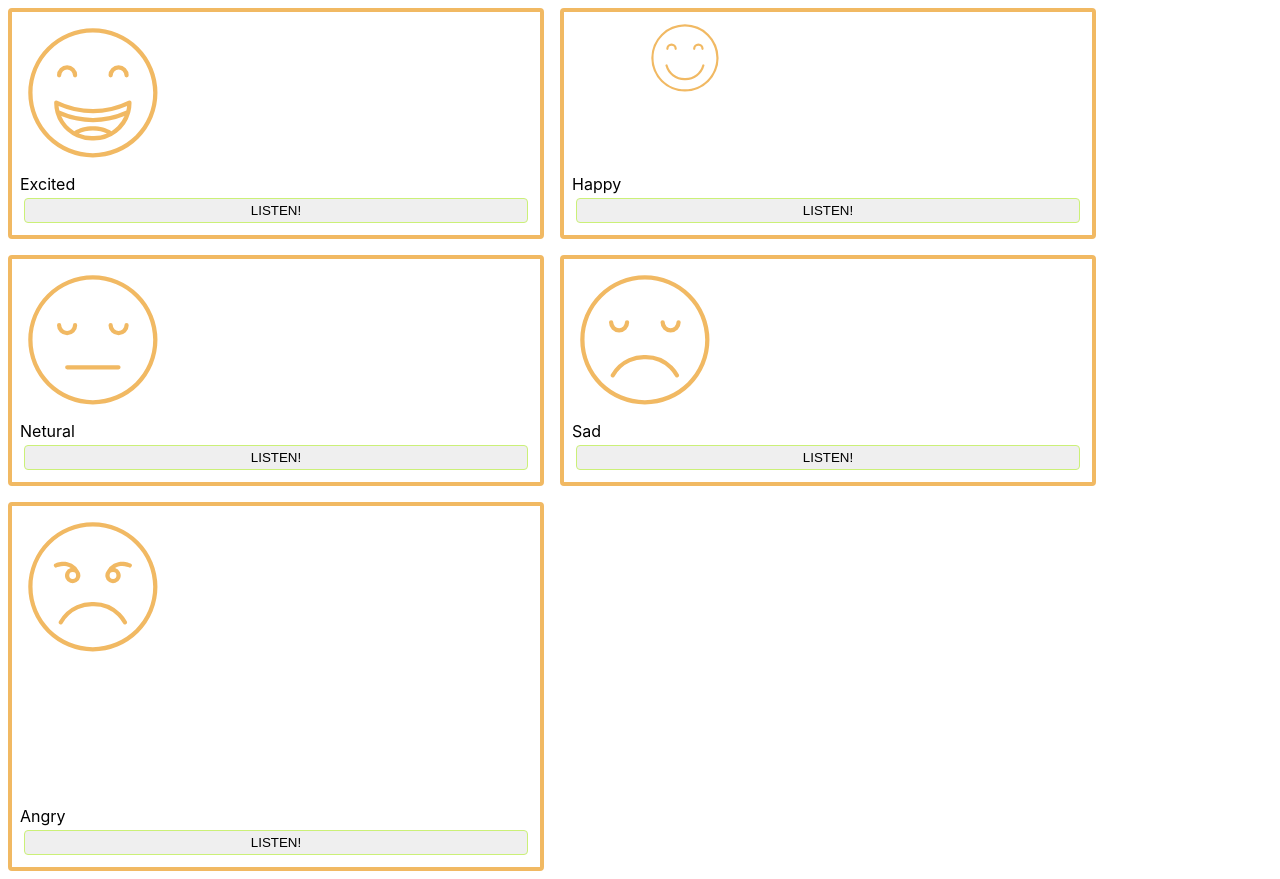
Repository: majakesin/moodify-app
Page: /
The author's editor kept a copy of each file at every save. The page is drawn from the files as they stood at one save, then again after the next save.
The browser window is 1280 px wide. The pictures show the whole page.
The project was rebuilt for these pictures with package versions that can differ from the ones it lists, and the page was loaded fresh each time.

Above is the page before, as saved 2023-08-21 12:59:05.

### public/index.html
<!DOCTYPE html>
<html lang="en">
  <head>
    <meta charset="utf-8" />
    <link rel="icon" href="%PUBLIC_URL%/logo.svg" />
    <meta name="viewport" content="width=device-width, initial-scale=1" />
    <meta name="theme-color" content="#000000" />
    <meta
      name="description"
      content="Moodify -- App that gives yours ears the best music based on your mood"
    />
    <link rel="apple-touch-icon" href="%PUBLIC_URL%/logo.svg" />
    <!--
      manifest.json provides metadata used when your web app is installed on a
      user's mobile device or desktop. See https://developers.google.com/web/fundamentals/web-app-manifest/
    -->
    <link rel="manifest" href="%PUBLIC_URL%/manifest.json" />
    <!--
      Notice the use of %PUBLIC_URL% in the tags above.
      It will be replaced with the URL of the `public` folder during the build.
      Only files inside the `public` folder can be referenced from the HTML.

      Unlike "/favicon.ico" or "favicon.ico", "%PUBLIC_URL%/favicon.ico" will
      work correctly both with client-side routing and a non-root public URL.
      Learn how to configure a non-root public URL by running `npm run build`.
    -->
    <title>Moodify</title>
  </head>
  <body>
    <noscript>You need to enable JavaScript to run this app.</noscript>
    <div id="root"></div>
    <!--
      This HTML file is a template.
      If you open it directly in the browser, you will see an empty page.

      You can add webfonts, meta tags, or analytics to this file.
      The build step will place the bundled scripts into the <body> tag.

      To begin the development, run `npm start` or `yarn start`.
      To create a production bundle, use `npm run build` or `yarn build`.
    -->
  </body>
</html>

### src/App.js
import "./App.css";
import ChooseMood from "./pages/ChooseMood";

function App() {
  return (
    <div className="App">
      <ChooseMood />
    </div>
  );
}

export default App;

### src/App.css

button {
  border: 1px solid var(--first-color);
  border-radius: 4px;
  padding: 4px;
  margin: 4px;
}

### src/pages/ChooseMood/index.jsx
import { moods } from 'src/data/moods'
import Mood from 'src/components/Mood';

import styles from './index.module.css';

const ChooseMood = () => {

    return (
        <div>
            <div className={styles['mood-list']}>
                {moods.map(({ type, icon }) => {
                    return (<Mood type={type} icon={icon} />)
                })}
            </div>
        </div>
    )

};

export default ChooseMood;

### src/data/moods.js
export const moods = [
    {
        type: 'Excited',
        icon: <svg id="SvgjsSvg1081" xmlns="http://www.w3.org/2000/svg" version="1.1" xmlnsXlink="http://www.w3.org/1999/xlink" xmlnsSvgjs="http://svgjs.com/svgjs">
                <defs id="SvgjsDefs1082"></defs>
                <g id="SvgjsG1083">
                    <svg   preserveAspectRatio="xMidYMid meet" xmlns="http://www.w3.org/2000/svg" data-name="Layer 1" viewBox="0 0 1012 1012" width="288" height="288">
                        <path fill="currentcolor" d="M416.51318,95.48682A226.99992,226.99992,0,1,0,95.48682,416.51318,226.99992,226.99992,0,1,0,416.51318,95.48682ZM256,468C139.103,468,44,372.897,44,256S139.103,44,256,44s212,95.103,212,212S372.897,468,256,468ZM137.5,202a7.50006,7.50006,0,0,0,7.5-7.5,20.5,20.5,0,0,1,41,0,7.5,7.5,0,0,0,15,0,35.5,35.5,0,0,0-71,0A7.50006,7.50006,0,0,0,137.5,202Zm181,0a7.50006,7.50006,0,0,0,7.5-7.5,20.5,20.5,0,0,1,41,0,7.5,7.5,0,0,0,15,0,35.5,35.5,0,0,0-71,0A7.50006,7.50006,0,0,0,318.5,202Zm69.95947,82.13037a7.49875,7.49875,0,0,0-7.27832-.356A284.51645,284.51645,0,0,1,257.5,313h-1.48a284.55042,284.55042,0,0,1-125.2002-29.2251A7.4999,7.4999,0,0,0,120,290.5a132.31839,132.31839,0,0,0,79.15625,121.32324A131.47888,131.47888,0,0,0,252.5,423h7a132.5854,132.5854,0,0,0,127.794-97.37988A133.06894,133.06894,0,0,0,392,290.5,7.5003,7.5003,0,0,0,388.45947,284.13037ZM259.5,408h-7a116.58888,116.58888,0,0,1-46.02222-9.36157C219.72205,391.8783,237.33752,388,256.002,388c18.66236,0,36.27466,3.87708,49.51734,10.63538A116.56076,116.56076,0,0,1,259.5,408Zm83.08691-34.41309a117.56809,117.56809,0,0,1-21.38024,16.93219C305.07166,379.48517,281.17847,373,256.002,373c-25.18383,0-49.0852,6.48932-65.22168,17.52966a116.81051,116.81051,0,0,1-46.07495-53.13611,299.90773,299.90773,0,0,0,111.31323,21.61036c.5044,0,1.01612-.00147,1.52051-.00391A300.023,300.023,0,0,0,367.2478,337.40454,117.86031,117.86031,0,0,1,342.58691,373.58691ZM373.6593,318.347A284.8703,284.8703,0,0,1,257.46094,344c-.49219.00293-.97412.00391-1.46387.00391a284.90227,284.90227,0,0,1-117.65942-25.65967,117.74477,117.74477,0,0,1-2.72388-15.77832A299.64178,299.64178,0,0,0,256.02,328h1.519a299.80874,299.80874,0,0,0,118.84668-25.43555A117.6884,117.6884,0,0,1,373.6593,318.347Z" class="color2c2b2d svgShape"></path>
                    </svg>
                </g>
             </svg>
    },
    {
        type: 'Happy',
        icon: <svg id="SvgjsSvg1102" xmlns="http://www.w3.org/2000/svg" version="1.1" xmlnsXlink="http://www.w3.org/1999/xlink" xmlnsSvgjs="http://svgjs.com/svgjs">
                <defs id="SvgjsDefs1103"></defs>
                <g id="SvgjsG1104">
                    <svg xmlns="http://www.w3.org/2000/svg" data-name="Layer 1" viewBox="0 0 1012 1012" >
                        <path fill="currentcolor" d="M382.042,299.40674a7.496,7.496,0,0,0-9.21582,5.251A117.42927,117.42927,0,0,1,259.5,391h-7a117.41578,117.41578,0,0,1-113.32715-86.33447,7.49971,7.49971,0,1,0-14.46484,3.96875A132.417,132.417,0,0,0,252.5,406h7a132.58733,132.58733,0,0,0,127.793-97.37744A7.4999,7.4999,0,0,0,382.042,299.40674ZM416.51367,95.48682A227.00026,227.00026,0,0,0,95.48633,416.51318,227.00026,227.00026,0,0,0,416.51367,95.48682ZM256,468C139.10254,468,44,372.897,44,256S139.10254,44,256,44s212,95.103,212,212S372.89746,468,256,468ZM137.5,202a7.49974,7.49974,0,0,0,7.5-7.5,20.5,20.5,0,0,1,41,0,7.5,7.5,0,0,0,15,0,35.5,35.5,0,0,0-71,0A7.49974,7.49974,0,0,0,137.5,202Zm181,0a7.49974,7.49974,0,0,0,7.5-7.5,20.5,20.5,0,0,1,41,0,7.5,7.5,0,0,0,15,0,35.5,35.5,0,0,0-71,0A7.49974,7.49974,0,0,0,318.5,202Z" class="color2c2b2d svgShape"></path>
                    </svg>
                </g>
            </svg> ,
    },
    {
        type: 'Netural',
        icon: <svg id="SvgjsSvg1123" width="288" xmlns="http://www.w3.org/2000/svg" version="1.1" xmlnsXlink="http://www.w3.org/1999/xlink" xmlnsSvgjs="http://svgjs.com/svgjs">
                <defs id="SvgjsDefs1124"></defs>
                <g id="SvgjsG1125">
                    <svg xmlns="http://www.w3.org/2000/svg" data-name="Layer 1" viewBox="0 0 1012 1012" width="288" height="288">
                        <path fill="currentcolor" d="M201,204.5a7.5,7.5,0,0,0-15,0,20.5,20.5,0,0,1-41,0,7.5,7.5,0,0,0-15,0,35.5,35.5,0,0,0,71,0ZM374.5,197a7.50006,7.50006,0,0,0-7.5,7.5,20.5,20.5,0,0,1-41,0,7.5,7.5,0,0,0-15,0,35.5,35.5,0,0,0,71,0A7.50006,7.50006,0,0,0,374.5,197ZM416.51318,95.48682A226.99992,226.99992,0,1,0,95.48682,416.51318,226.99992,226.99992,0,1,0,416.51318,95.48682ZM256,468C139.103,468,44,372.897,44,256S139.103,44,256,44s212,95.103,212,212S372.897,468,256,468Zm90-123H166a7.5,7.5,0,0,0,0,15H346a7.5,7.5,0,0,0,0-15Z" class="color2c2b2d svgShape"></path>
                    </svg>
                </g>
            </svg>,
    },
    {
        type: 'Sad',
        icon: <svg id="SvgjsSvg1193" width="288" xmlns="http://www.w3.org/2000/svg" version="1.1" xmlnsXlink="http://www.w3.org/1999/xlink" xmlnsSvgjs="http://svgjs.com/svgjs">
                <defs id="SvgjsDefs1194"></defs>
                <g id="SvgjsG1195">
                    <svg xmlns="http://www.w3.org/2000/svg" data-name="Layer 1" viewBox="0 0 1012 1012" width="288" height="288">
                         <path fill="currentcolor" d="M165.5,230A35.54028,35.54028,0,0,0,201,194.5a7.5,7.5,0,0,0-15,0,20.5,20.5,0,0,1-41,0,7.5,7.5,0,0,0-15,0A35.54028,35.54028,0,0,0,165.5,230Zm209-43a7.50006,7.50006,0,0,0-7.5,7.5,20.5,20.5,0,0,1-41,0,7.5,7.5,0,0,0-15,0,35.5,35.5,0,0,0,71,0A7.50006,7.50006,0,0,0,374.5,187ZM353.19336,347.94678A132.16887,132.16887,0,0,0,259.5,309.14014h-7a131.47793,131.47793,0,0,0-53.34082,11.17529,133.55143,133.55143,0,0,0-62.24854,56.51221,7.50013,7.50013,0,0,0,13.07911,7.34472,118.4576,118.4576,0,0,1,55.21435-50.1289A116.57358,116.57358,0,0,1,252.5,324.14014h7a117.16738,117.16738,0,0,1,83.08691,34.41308,117.92616,117.92616,0,0,1,19.42432,25.62061,7.5,7.5,0,0,0,13.07715-7.34766A132.92018,132.92018,0,0,0,353.19336,347.94678Zm63.31982-252.46A226.99992,226.99992,0,1,0,95.48682,416.51318,226.99992,226.99992,0,1,0,416.51318,95.48682ZM256,468C139.103,468,44,372.897,44,256S139.103,44,256,44s212,95.103,212,212S372.897,468,256,468Z" class="color2c2b2d svgShape"></path>
                    </svg>
                </g>
            </svg>,
    },
    {
        type: 'Angry',
        icon: <svg xmlns="http://www.w3.org/2000/svg" data-name="Layer 1" viewBox="0 0 1012 1012" width="288" height="288">
                <path fill="currentcolor" d="M353.19336,347.94629A132.1737,132.1737,0,0,0,259.5,309.13965h-7a131.5101,131.5101,0,0,0-53.3418,11.17578,133.55212,133.55212,0,0,0-62.24707,56.51172,7.49995,7.49995,0,0,0,13.07813,7.3457A118.46814,118.46814,0,0,1,205.20313,334.043,116.60013,116.60013,0,0,1,252.5,324.13965h7a117.16506,117.16506,0,0,1,83.08691,34.41406,117.92838,117.92838,0,0,1,19.42481,25.62012,7.49957,7.49957,0,1,0,13.07617-7.34766A132.91978,132.91978,0,0,0,353.19336,347.94629ZM416.51367,95.48682A227.00044,227.00044,0,0,0,95.48633,416.51367,227.00044,227.00044,0,0,0,416.51367,95.48682ZM256,468C139.10254,468,44,372.89746,44,256,44,139.103,139.10254,44,256,44s212,95.103,212,212C468,372.89746,372.89746,468,256,468ZM175.12207,188.29736c.96533.53955,1.88086,1.10938,2.769,1.69336a27.02454,27.02454,0,1,0,28.58863,9.52246,62.7776,62.7776,0,0,0-24.04029-24.31005c-27.82519-15.55176-56.1748-2.73292-59.31445-1.21973a7.49994,7.49994,0,1,0,6.50977,13.51367C132.05762,186.33057,153.91113,176.44189,175.12207,188.29736ZM185.12012,204a12,12,0,1,1-12,12A12.01344,12.01344,0,0,1,185.12012,204ZM388.875,173.9834c-3.1416-1.51367-31.49121-14.33447-59.31348,1.21924a62.778,62.778,0,0,0-24.04126,24.31054,26.989,26.989,0,1,0,28.58887-9.52234c.88843-.58435,1.804-1.15429,2.76978-1.694,21.21191-11.85743,43.06347-1.96631,45.48632-.79981A7.49994,7.49994,0,1,0,388.875,173.9834ZM338.87988,216a12,12,0,1,1-12-12A12.01343,12.01343,0,0,1,338.87988,216Z" class="color2c2b2d svgShape"></path>
              </svg>,
    }

]

### src/components/Mood/index.jsx
import styles from './index.module.css';

const Mood = (props) => {

    const { type, icon } = props;

    return (
        <div className={styles.card}>
            <div className={styles.icon}>
                {icon}
            </div>
            <div className={styles.content}>
               <span className={styles.title}> {type} </span>
             <button> LISTEN!</button>
            </div>
        </div>
    )
};

export default Mood;

### src/pages/ChooseMood/index.module.css

.wrap {
 color: var(--first-color);
}

.mood-list {
    display: flex;
    flex-direction: row;
    flex-wrap: wrap;
}

### src/components/Mood/index.module.css

@import '../../styles/variables.css';

.card {
    border: 4px solid var(--third-color);
    border-radius: 4px;
    margin: 8px;
    padding: 8px;
    width: 40vw;
}

.icon {
    color: var(--third-color);
}

.content {
    display: flex;
    flex-direction: column;

}

.tittle {
    font-size: 24px;
    color: var(--second-color);
}

### src/styles/variables.css
:root,
    :root.rainbow {
        --first-color: #cbf078;
        --second-color: #f8f398;
        --third-color: #f1b963;
        --fourth-color: #e46161;
    }
    :root.blue {
        --first-color: #5585b5;
        --second-color: #53a8b6;
        --third-color: #79c2d0;
        --fourth-color: #bbe4e9;
    }
    :root.pink {
        --first-color: #45171d;
        --second-color: #e84a5f;
        --third-color: #ff847c;
        --fourth-color: #fecea8;

    }

Loaded but not shown: src/index.js (common file); src/index.css (common file); src/reportWebVitals.js (common file)

After the next save:
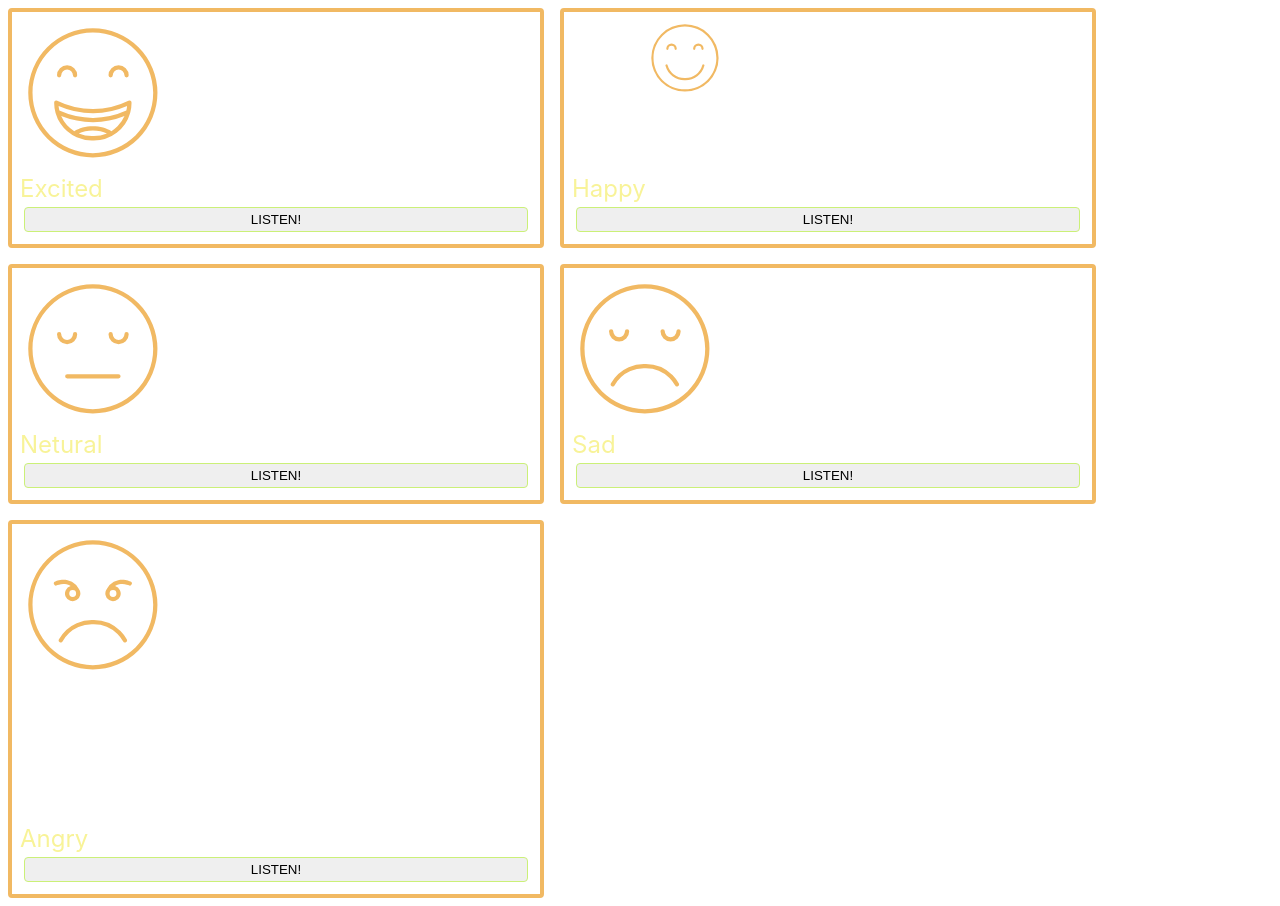
Saved 9 s later.
--- a/src/components/Mood/index.module.css
+++ b/src/components/Mood/index.module.css
@@ -19,7 +19,7 @@
 
 }
 
-.tittle {
+.title {
     font-size: 24px;
     color: var(--second-color);
 }
